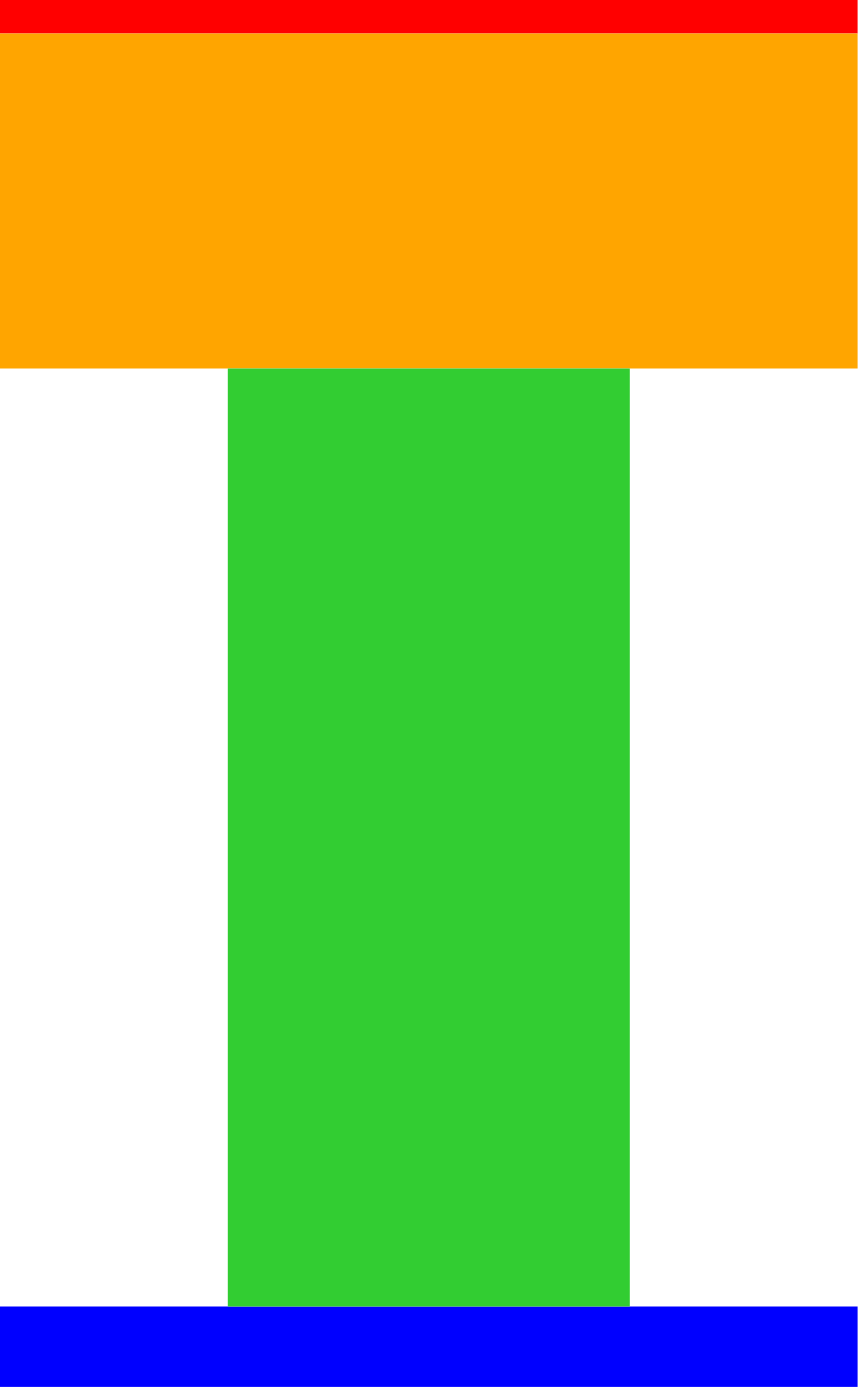
Repository: decknoboh/exercise1-8
Page: exercise1-4/index.html
The author's editor kept a record of every edit. The page is drawn from the files as they stood at one moment, then again after the next edit.
The browser window is 1280 px wide. The pictures show the whole page, at 67% of full size.

Above is the page before.

### exercise1-4/index.html
<!DOCTYPE html>
<html lang="ja">
  <head>
    <meta charset="utf-8"/>
    <link rel="stylesheet" href="style.css"/>
    <title>4章演習</title>
  </head>

  <body>
    <div class="header"></div>
    <div class="main-visual"></div>
    <div class="main">
      <div class="sidebar-left"></div>
      <div class="blog"></div>
      <div class="sidebar-right"></div>
    </div>
    <div class="footer"></div>
  </body>
</html>

### exercise1-4/style.css
*{
  margin: 0;
  padding: 0;
  box-sizing: border-box;
}

.header{
  width: 100%;
  height: 50px;
  background-color: red;
}

.main-visual{
  width: 100%;
  height: 500px;
  background-color: orange;
}

.main{
  width: 960px;
  display: flex;
  justify-content: center;
  margin: 0 auto;
}

.blog{
  width: 600px;
  height: 1400px;
  background-color: limegreen;
}

.sidebar{
  width: 240px;
  height: 1400px;
  background-color: palegreen;
}

.footer{
  width: 100%;
  height: 120px;
  background-color: blue;
}

After the next edit:
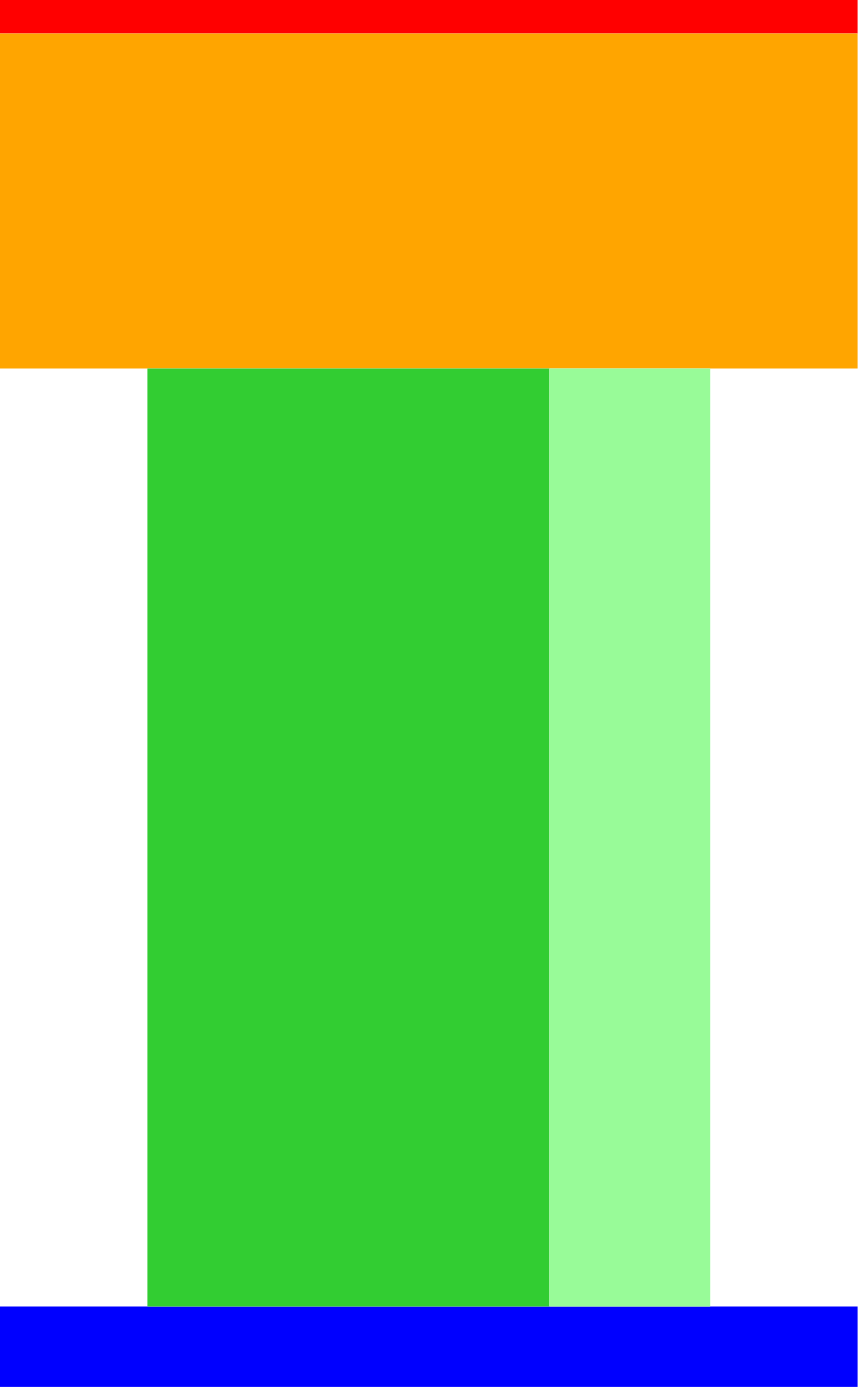
The edit:
--- a/exercise1-4/style.css
+++ b/exercise1-4/style.css
@@ -29,7 +29,7 @@
   background-color: limegreen;
 }
 
-.sidebar{
+.sidebar-right{
   width: 240px;
   height: 1400px;
   background-color: palegreen;
